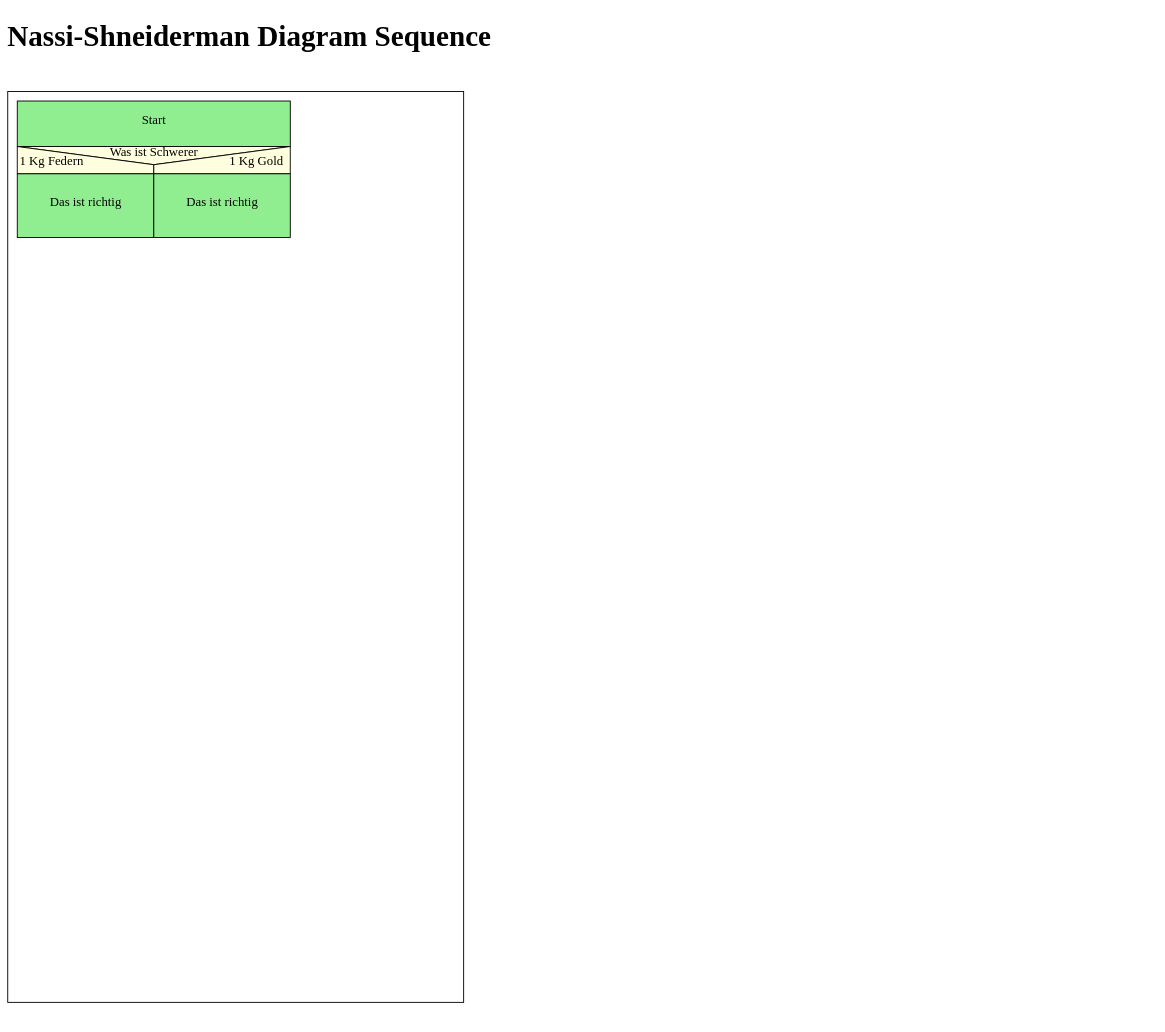
Repository: fabsch225/Nassi-Shneiderman-Compiler
Page: demo.html
The author's editor kept a copy of each file at every save. The page is drawn from the files as they stood at one save, then again after the next save.
The browser window is 1280 px wide. The pictures show the whole page, at 91% of full size.

Above is the page before, as saved 2024-05-15 23:14:27.

After the next save:
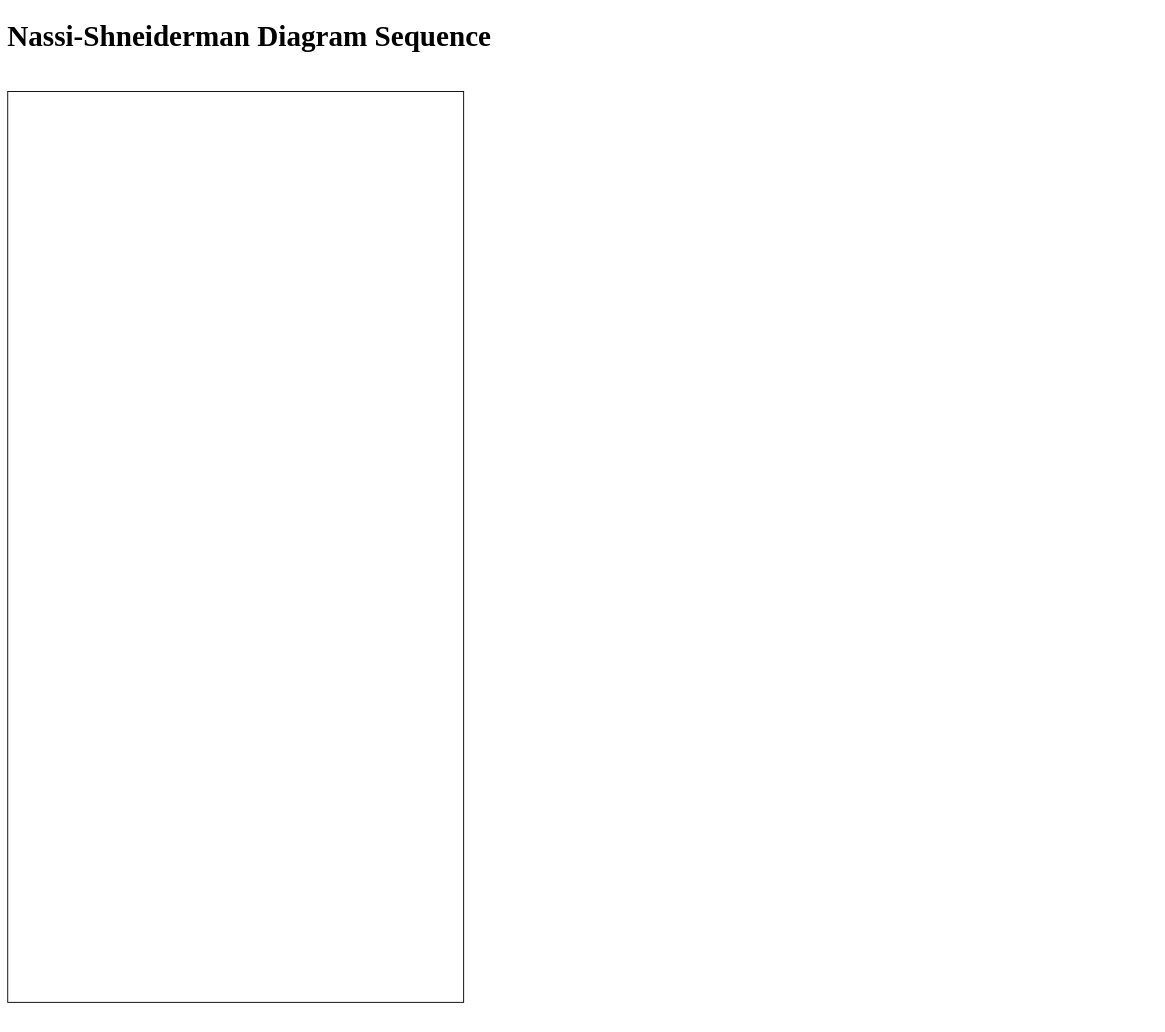
Saved 21 s later.
--- a/demo.html
+++ b/demo.html
@@ -20,7 +20,8 @@
 <svg id="canvas" ></svg>
 <script>
     var svgContainer = document.getElementById('canvas');
-    svgContainer.innerHTML += createSequenceBlock(10, 10, 300, 50, "Start").svgAppendix;
+    //Manual creation of a sequence block
+    /*svgContainer.innerHTML += createSequenceBlock(10, 10, 300, 50, "Start").svgAppendix;
     var block = createDecisionBlock(10, 60, 300, 100, "Was ist Schwerer", "1 Kg Federn", "1 Kg Gold");
     svgContainer.innerHTML += block.svgAppendix;
     var bounds1 = block.children[0];
@@ -28,7 +29,7 @@
     var option1 = createSequenceBlock(bounds1.start_x, bounds1.start_y, bounds1.width, bounds1.height, "Das ist richtig");
     var option2 = createSequenceBlock(bounds2.start_x, bounds2.start_y, bounds2.width, bounds2.height, "Das ist richtig");
     svgContainer.innerHTML += option1.svgAppendix;
-    svgContainer.innerHTML += option2.svgAppendix;
+    svgContainer.innerHTML += option2.svgAppendix;*/
 
     // Example usage:
     const code = `
